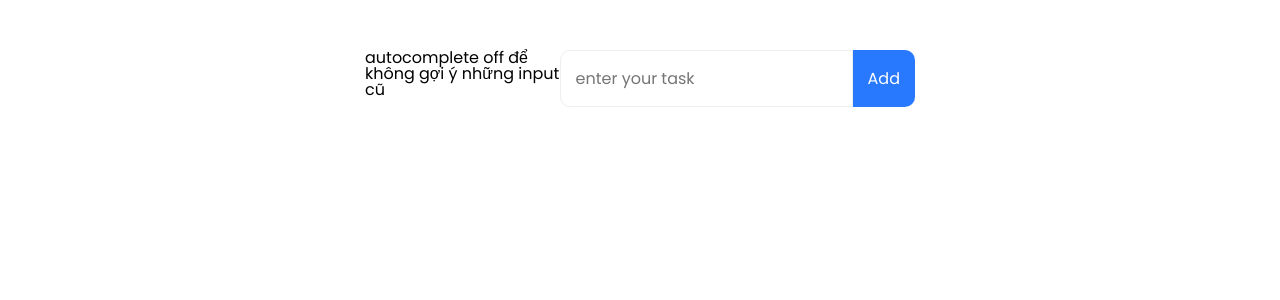
Repository: Kaii-Dev/js-course
Page: BAI-TAP/todolist/index.html
An editor plug-in stored every save of this project. The page is shown before and after a run of saves, followed by the edit.
The browser window is 1280 px wide. The pictures show the whole page.

Above is the page before, as saved 2021-12-22 20:00:02.

After the next 4 saves:
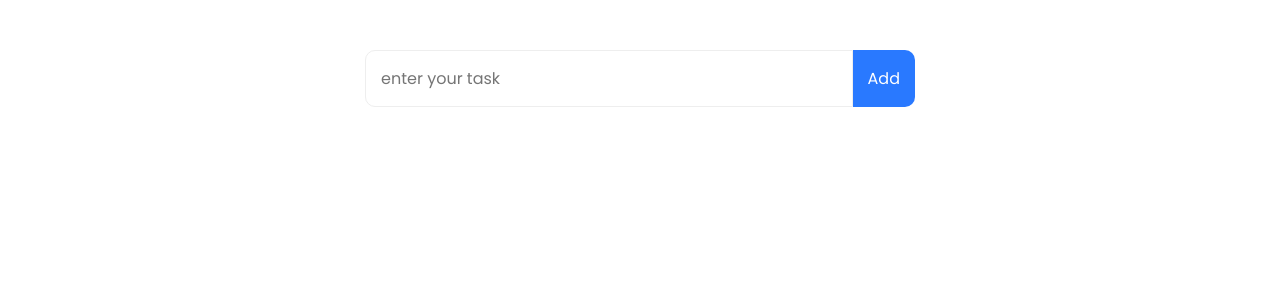
The 4 saves are shown as one change because they came seconds apart.
The last was saved 12 s later.
--- a/BAI-TAP/todolist/index.html
+++ b/BAI-TAP/todolist/index.html
@@ -129,7 +129,8 @@ body {
 </head>
 <body>
    <div class="todo">
-      <form class="todo-form" autocomplete="off"> autocomplete off để không gợi ý những input cũ
+      <!-- autocomplete off để không gợi ý những input cũ -->
+      <form class="todo-form" autocomplete="off">
          <input type="text" name="todo" placeholder="enter your task" class="todo-input">
          <button class="todo-submit" type="submit">Add</button>
       </form>
